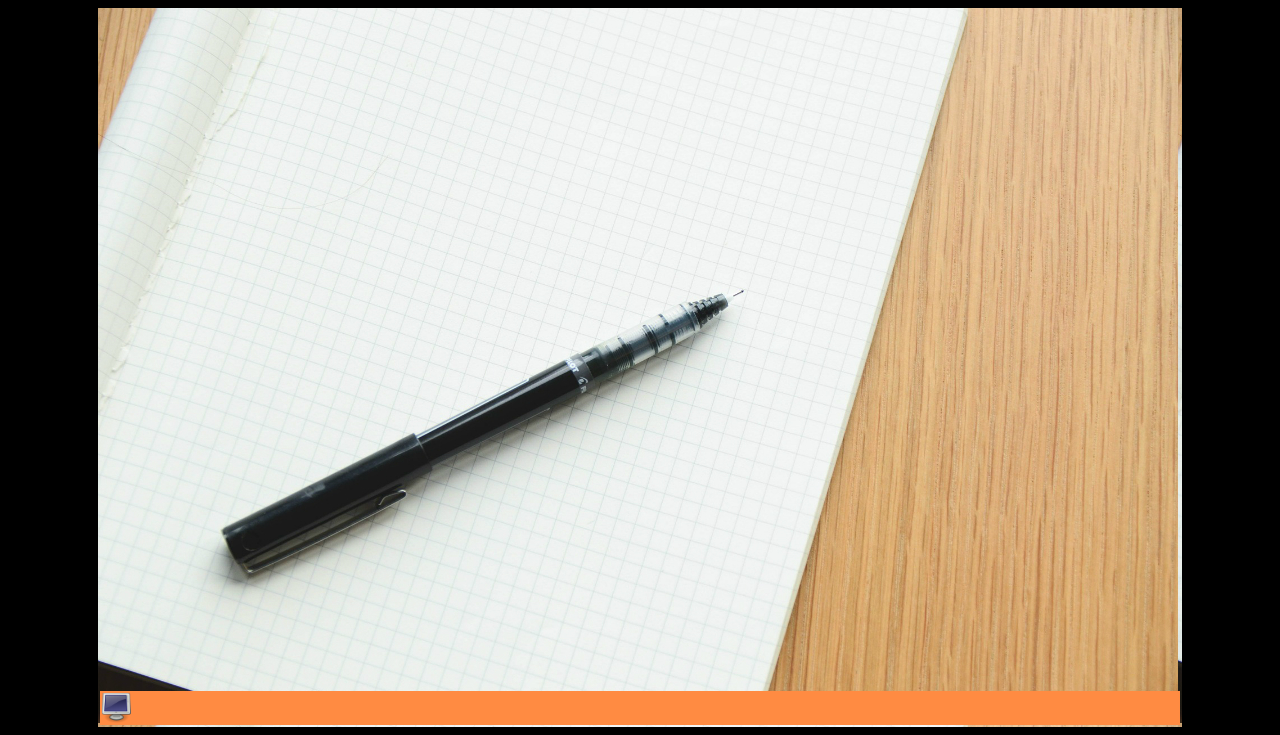
Repository: jc222fi/1dv403-laborationer
Page: 5-pwd/index.html
The author's editor kept a record of every edit. The page is drawn from the files as they stood at one moment, then again after the next edit.
The browser window is 1280 px wide. The pictures show the whole page.

Above is the page before.

### 5-pwd/index.html
<!DOCTYPE html>
<html>
    <head>
        <meta charset="UTF-8">
        <title>My Virtual Desktop</title>
        <link rel="stylesheet" href="style.css" />
    </head>
    <body>
        <div id="container">
            <footer>
            </footer>
        </div>
        <script src="script.js"></script>
    </body>
</html>

### 5-pwd/style.css
html{
    background-color:black;
}
#container{
    height:715px;
    width:1080px;
    margin:0 auto;
    background-image:url("pics/notepad1.jpg");
    padding:2px;
}
.imageViewer{
    color:white;
    font-family:Arial, Helvetica, sans-serif;
    height:400px;
    width:300px;
    margin-left:5px;
    border-top:1px solid #ffb870;
    border-left:1px solid #ffb870;
    border-right:1px solid #ff8b42;
    border-bottom:1px solid #ff8b42;
    background-color:#ffffcc;
}
.windowHeader{
    height:30px;
    width:290px;
    padding:5px;
    background-color:#ff8b42;
}
    .headerIcon{
        float:left;
    }
    .windowHeader p{
        margin-top: 2px;
        margin-left: 34px;
    }
    .close{
        float:right;
    }
    .close img{
        height:10px;
        width:10px;
        padding: 1px;
        background-color: #ffb870;
        border-top: 1px solid beige;
        border-left: 1px solid beige;
    }
.windowBody{
    height:340px;
    width:300px;
    overflow-y:scroll;
}
.windowFooter{
    height:20px;
    width:300px;
    background-color:#ff8b42;
}
    .windowFooter p{
        height:12px;
        margin-top:0;
        margin-left: 3px;
        font-size: small;
    }
footer{
    background-color:#ff8b42;
    position:absolute;
    margin-top:681px;
    height:30px;
    width:1076px;
    padding:2px;
}

### 5-pwd/script.js
"use strict";
//Bilder från pixabay.com

var MyDesktop = {

    windowCounter:0,
    init: function(){

        MyDesktop.openDesktop();
    },

    openDesktop: function(){

        var button = document.createElement("a");
        var buttonImage = document.createElement("img");
        var footer = document.createElement("footer");
        var container = document.getElementById("container");

        button.href = "#";
        buttonImage.src = "pics/desktopicon.png";
        container.appendChild(footer);
        footer.appendChild(button);
        button.appendChild(buttonImage);

        button.onclick = function(){

            if(MyDesktop.windowCounter === 0){
                MyDesktop.openWindow();
            }
        };
    },

    openWindow: function(){

        var containerDiv = document.getElementById("container");
        var windowDiv = document.createElement("div");
        var windowHeader = document.createElement("div");
        var windowBody = document.createElement("div");
        var windowFooter = document.createElement("div");
        var windowHeadline = document.createElement("p");
        var statusLine = document.createElement("p");
        var headerIcon = document.createElement("img");
        var closeIcon = document.createElement("img");
        var loadingIcon = document.createElement("img");
        var a = document.createElement("a");

        a.href ="#";
        closeIcon.src = "pics/cancel.png";
        headerIcon.src = "pics/desktopicon.png";
        loadingIcon.src = "pics/ajax-loader.gif";
        statusLine.setAttribute("id", "status");
        headerIcon.setAttribute("class", "headerIcon");
        a.setAttribute("class", "close");
        windowDiv.setAttribute("class", "imageViewer");
        windowBody.setAttribute("class", "windowBody");
        windowHeader.setAttribute("class", "windowHeader");
        windowFooter.setAttribute("class", "windowFooter");

        a.appendChild(closeIcon);
        windowHeader.appendChild(headerIcon);
        windowHeader.appendChild(a);
        windowHeader.appendChild(windowHeadline);
        statusLine.appendChild(loadingIcon);
        windowFooter.appendChild(statusLine);
        windowDiv.appendChild(windowHeader);
        windowDiv.appendChild(windowBody);
        windowDiv.appendChild(windowFooter);
        containerDiv.appendChild(windowDiv);

        windowHeadline.innerHTML = "Image Viewer";

        MyDesktop.windowCounter = 1;

        a.onclick = function(){
            containerDiv.innerHTML = "";
            MyDesktop.windowCounter = 0;
            MyDesktop.openDesktop();
        };

        MyDesktop.loadingPictures();
    },

    loadingPictures: function(){

        var xhr = new XMLHttpRequest();
        var data = "";
        var statusLine = document.getElementById("status");

        xhr.onreadystatechange = function(){

            if(xhr.readyState === 4){
              if(xhr.status === 200){
                  statusLine.innerHTML = "";
                  data = JSON.parse(xhr.responseText);
                  console.log(data);
              }
              else{
                  console.log("Nåt är fel");
              }
            }

        };
        xhr.open("GET","http://homepage.lnu.se/staff/tstjo/labbyServer/imgviewer/", true);
        xhr.send(null);
    }

};

window.onload = MyDesktop.init;

After the next edit:
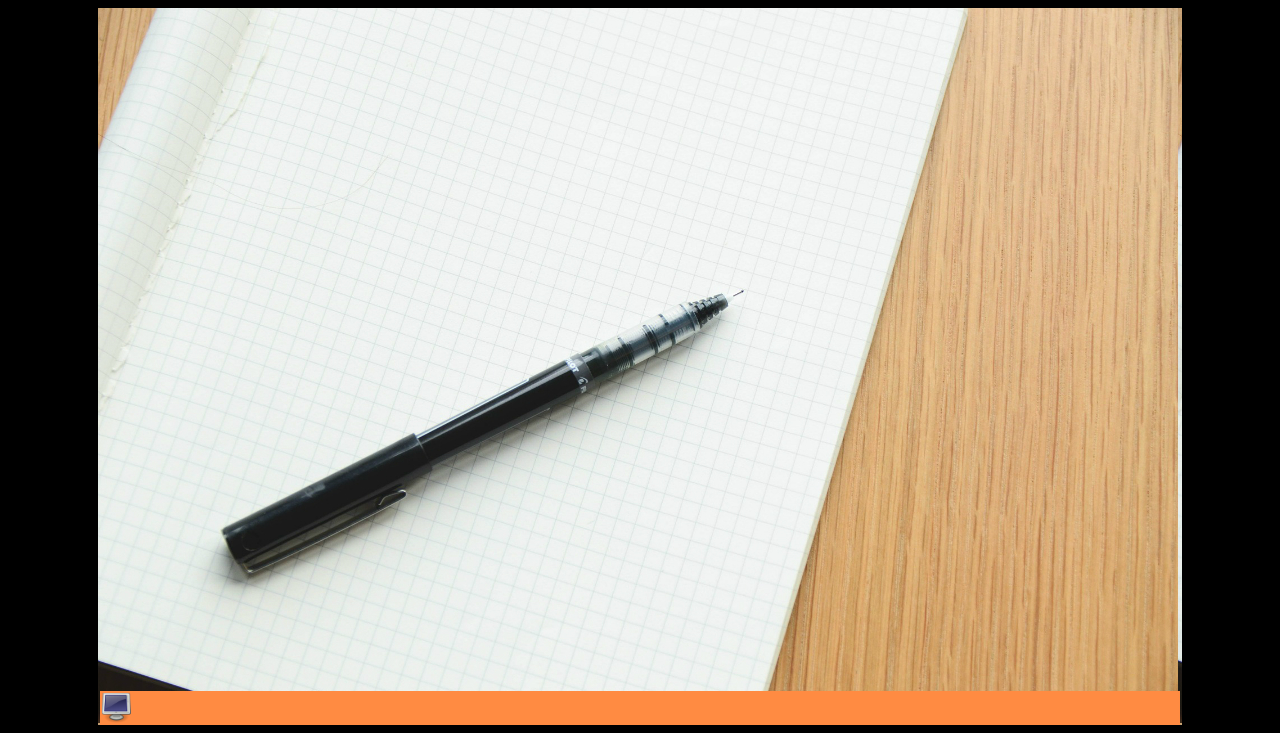
The edit:
--- a/5-pwd/style.css
+++ b/5-pwd/style.css
@@ -2,7 +2,7 @@
     background-color:black;
 }
 #container{
-    height:715px;
+    height:713px;
     width:1080px;
     margin:0 auto;
     background-image:url("pics/notepad1.jpg");
